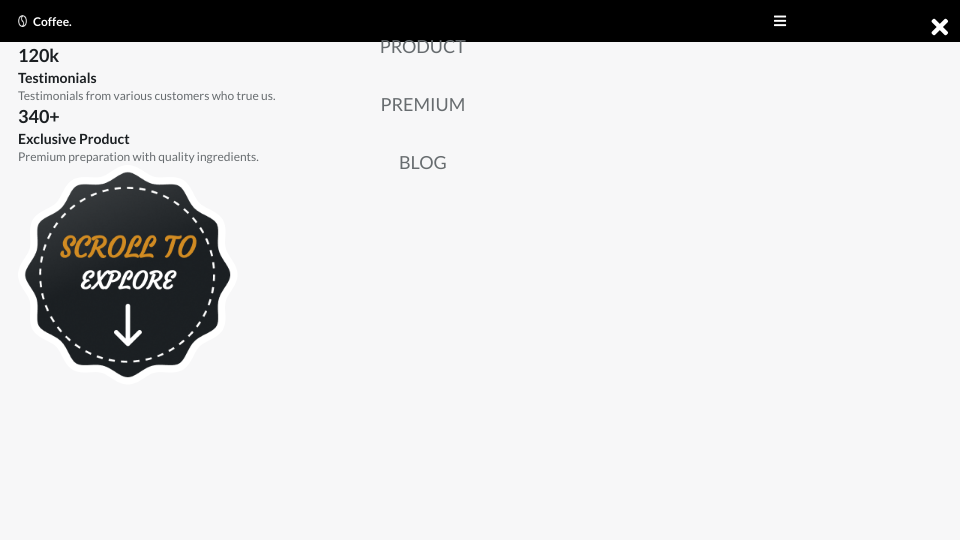
Repository: Nguyenductuan-dev/Website-coffee
Page: index.html
The author's editor kept a copy of each file at every save. The page is drawn from the files as they stood at one save, then again after the next save.
The browser window is 1280 px wide. The pictures show the whole page, at 75% of full size.

Above is the page before, as saved 2022-04-03 16:42:36.

### index.html
<!DOCTYPE html>
<html lang="en">
<head>
    <meta charset="UTF-8">
    <meta http-equiv="X-UA-Compatible" content="IE=edge">
    <meta name="viewport" content="width=device-width, initial-scale=1.0">
    <link rel="shortcut icon" href="assets/imgs/favicon.png" type="image/x-icon">
    <link rel="stylesheet" href="https://cdnjs.cloudflare.com/ajax/libs/font-awesome/5.15.1/css/all.min.css" />
    <link rel="preconnect" href="https://fonts.googleapis.com">
    <link rel="preconnect" href="https://fonts.gstatic.com" crossorigin>
    <link href="https://fonts.googleapis.com/css2?family=Lato:wght@400;700&family=Montserrat:ital,wght@0,200;0,300;0,400;0,500;0,600;0,700;1,600&display=swap" rel="stylesheet">
    <link rel="stylesheet" href="assets/css/style.css">
    <title>Website coffee</title>
</head>
<body>
    <!-- ============================ HEADER =========================== -->
    <header class="header" id="header">
        <nav class="nav container">
            <a href="/" class="nav__logo">
                <img src="assets/imgs/logo.png" alt="" class="nav__logo-img">
                Coffee.
            </a>

            <div class="nav__menu" id="nav-menu">
                <ul class="nav__list">
                    <li class="nav__item">
                        <a href="#home" class="nav__link">Home</a>
                    </li>
                    <li class="nav__item">
                        <a href="#product" class="nav__link">Product</a>
                    </li>
                    <li class="nav__item">
                        <a href="#premium" class="nav__link">Premium</a>
                    </li>
                    <li class="nav__item">
                        <a href="#blog" class="nav__link">Blog</a>
                    </li>
                </ul>

                <div class="nav__close" id="nav-close">
                    <i class="fas fa-times"></i>
                </div>
            </div>

            <!-- Toggle button -->
            <div class="nav__toggle" id="nav-toggle">
                <i class="fas fa-bars"></i>
            </div>
        </nav>
    </header>

    <!-- ============================ MAIN =============================  -->
    <main>
        <!-- ======================== HOME ============================= -->
        <section class="home grid" id="home">
            <div class="home__container">
                <div class="home__content container">
                    <h1 class="home__title">
                        Choose Your Favorite Coffee And Endjoy<span>,</span>
                    </h1>
                   <p class="home__description">
                       Buy the best and delicius coffees.
                   </p>

                   <div class="home__data">
                       <div class="home__data-group">
                           <h2 class="home__data-number">120k</h2>
                           <h3 class="home-data-title">Testimonials</h3>
                           <p class="home__data-description">
                               Testimonials from various customers who true us.
                           </p>
                       </div>

                       <div class="home__data-group">
                        <h2 class="home__data-number">340+</h2>
                        <h3 class="home-data-title">Exclusive Product</h3>
                        <p class="home__data-description">
                            Premium preparation with quality ingredients.
                        </p>
                    </div>
                   </div>

                   <a href="#specialty">
                       <img src="assets/imgs/scroll.png" alt="" class="home__scroll">
                   </a>
                </div>
            </div>
        </section>
    </main>



    <script src="assets/js/main.js"></script>
</body>
</html>

### assets/css/style.css
:root {
    --header-height: 3.5rem;
    /* ===============Color=============== */
    --first-color: hsl(36, 72%, 48%);
    --first-color-alt: hsl(36, 72%, 44%);
    --black-color: hsl(206, 12%, 12%);
    --card-color: hsl(0, 0%, 90%);
    --tittle-color: hsl(206, 12%, 12%);
    --text-color: hsl(206, 4%, 42%);
    --tittle-color-light: hsl(206, 4%, 75%);
    --body-color: hsl(206, 4%, 97%);
    --container-color: #fff;

    /* ==============Font=============== */
    --body-font: 'Lato', sans-serif;
    --biggest-font-size: 2.25rem;
    --h1-font-size: 1.5rem;
    --h2-font-size: 1.25rem;
    --h3-font-size: 1rem;
    --normal-font-size: .938rem;
    --small-font-size: .813rem;
    --smaller-font-size: .75rem;

    /* ==============Font weidth========= */
    --font-bold: 700;

    /* ==============Z-index============= */
    --z-tooltip: 10;
    --z-fixed: 100;
}

@media screen and (min-width: 968px){
    :root {
        --biggest-font-size: 3.5rem;
        --h1-font-size: 2.25rem;
        --h2-font-size: 1.5rem;
        --h3-font-size: 1.25rem;
        --normal-font-size: 1rem;
        --small-font-size: .875rem;
        --smaller-font-size: .813rem;
    }
}

/* =================BASE================== */
* {
    padding: 0;
    margin: 0;
    box-sizing: border-box;
}

html {
    scroll-behavior: smooth;
}

body {
    font-family: var(--body-font);
    font-size: var(--normal-font-size);
    background-color: var(--body-color);
    color: var(--text-color);
}

h1,h2,h3 {
    color: var(--tittle-color);
    font-weight: var(--font-bold);
}

h1,h2,h3,p {
    line-height: 140%;
}

ul {
    list-style: none;

}
a {
    text-decoration: none;
}
img {
    max-width: 100%;
    height: auto;
}
button {
    border: none;
    outline: none;
    cursor: pointer;
}

.container {
    max-width: 1024px;
    margin-left: 1.5rem;
    margin-right: 1.5rem;
}
.grid {
    display: grid;
    gap: 1.5rem;
}
.section {
    padding: 4.5rem 0 2rem;
}
.section__title {
    position: relative;
    font-size: var(--h1-font-size);
    padding-left: 1.25rem;
    margin-bottom: 2.5rem;
}
.section__title::before {
    content: '';
    position: absolute;
    top: 8px;
    left: 0;
    width: 3px;
    height: 20px;
    background-color: var(--first-color);
}
/* ====================== HEADER & NAV ====================*/
.header {
    width: 100%;
    background: #000;
    position: fixed;
    top: 0;
    left: 0;
    z-index: var(--z-fixed);
}
.nav {
    height: var(--header-height);
    display: flex;
    justify-content: space-between;
    align-items: center;
}
.nav__logo,
.nav__toggle {
    color: #fff;
}
.nav__logo {
    display: flex;
    align-items: center;
    column-gap: .5rem;
    font-weight: var(--font-bold);
}
.nav__logo-img {
    width: .75rem;
}
.nav__toggle {
    display: inline-flex;
    font-size: 1.15rem;
    cursor: pointer;
}

@media screen and (max-width: 767px) {
    .nav__menu {
        position: fixed;
        background-color: var(--black-color);
        top: 0;
        right: -100%;
        width: 100%;
        height: 100%;
        transition: .3s;
    }
}

.nav__list {
    display: flex;
    flex-direction: column;
    text-align: center;
    row-gap: 3rem;
    padding-top: 9rem;
}
.nav__link {
    text-transform: uppercase;
    color: var(--text-color-light);
    font-size: var(--h2-font-size);
    transition: .3s;
}
.nav__link:hover {
    color: #fff;
}
.nav__close {
    font-size: 2rem;
    color: #fff;
    position: absolute;
    top: 1rem;
    right: 1rem;
    cursor: pointer;
}

/* =========== Show menu ============ */
.show-menu {
    right: 0;

}

### assets/js/main.js


/* ===================== SHOW MENU ========================= */
const navMenu = document.getElementById('nav-menu');
const navToggle = document.getElementById('nav-toggle');
const navClose = document.getElementById('nav-close');

/* ==================== MENU SHOW ==========================*/
if(navToggle) {
    navToggle.addEventListener('click', () => {
        navMenu.classList.add('show-menu');
    })
}
/* ==================== MENU HIDEN ==========================*/

if(navClose) {
    navClose.addEventListener('click', () =>{
        navMenu.classList.remove('show-menu');
    })
}
/* ===================== REMOVE MENU MOBILE ========================= */
const navLink = document.querySelectorAll('.nav__link');
function linkAction() {
    const navMenu = document.getElementById('nav-menu');
    navMenu.classList.remove('show-menu');

}
navLink.forEach( n => n.addEventListener('click', linkAction));

After the next save:
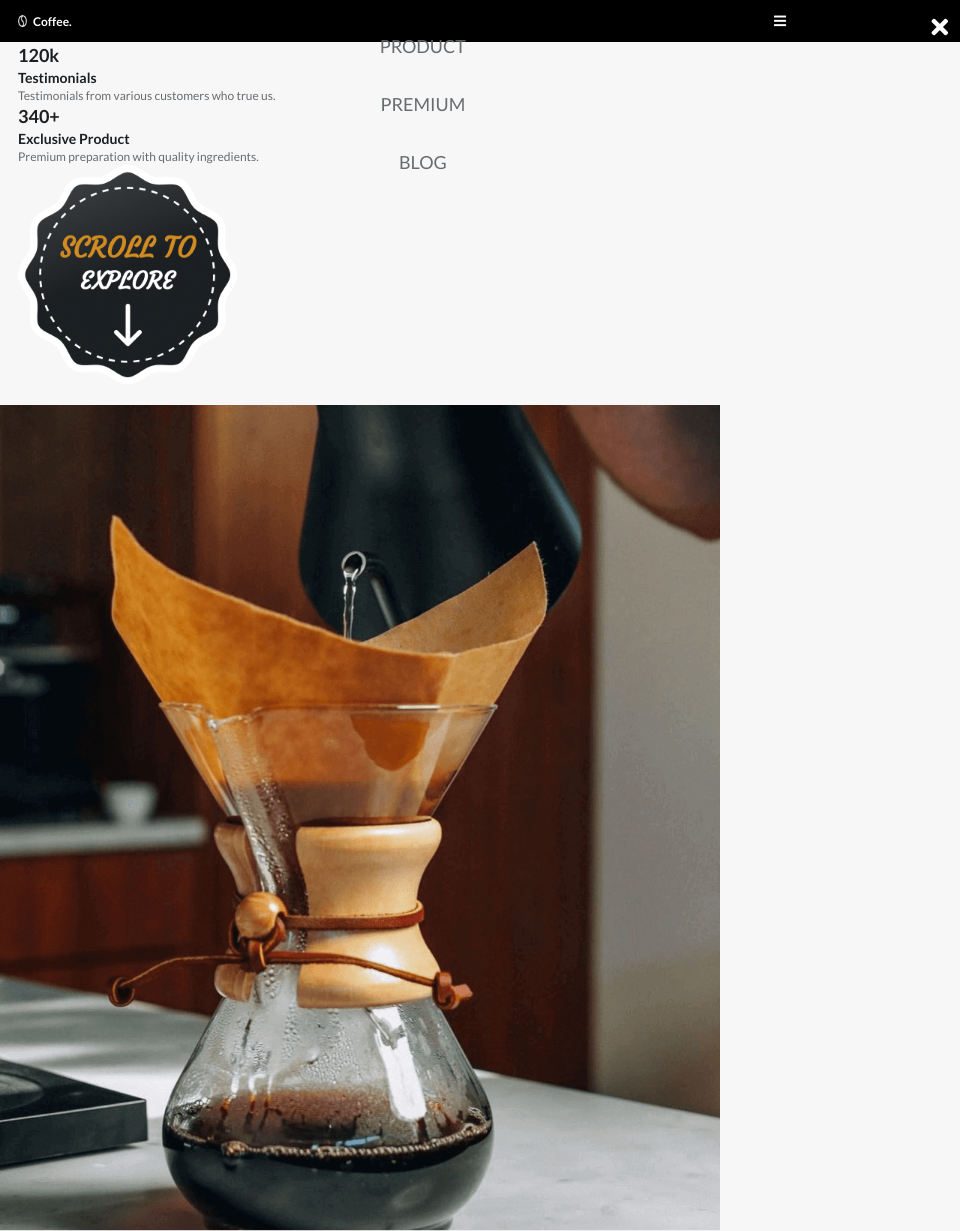
Saved 108 s later.
--- a/index.html
+++ b/index.html
@@ -85,6 +85,8 @@
                    </a>
                 </div>
             </div>
+
+            <img src="assets/imgs/home.png" alt="" class="home__img">
         </section>
     </main>
 
